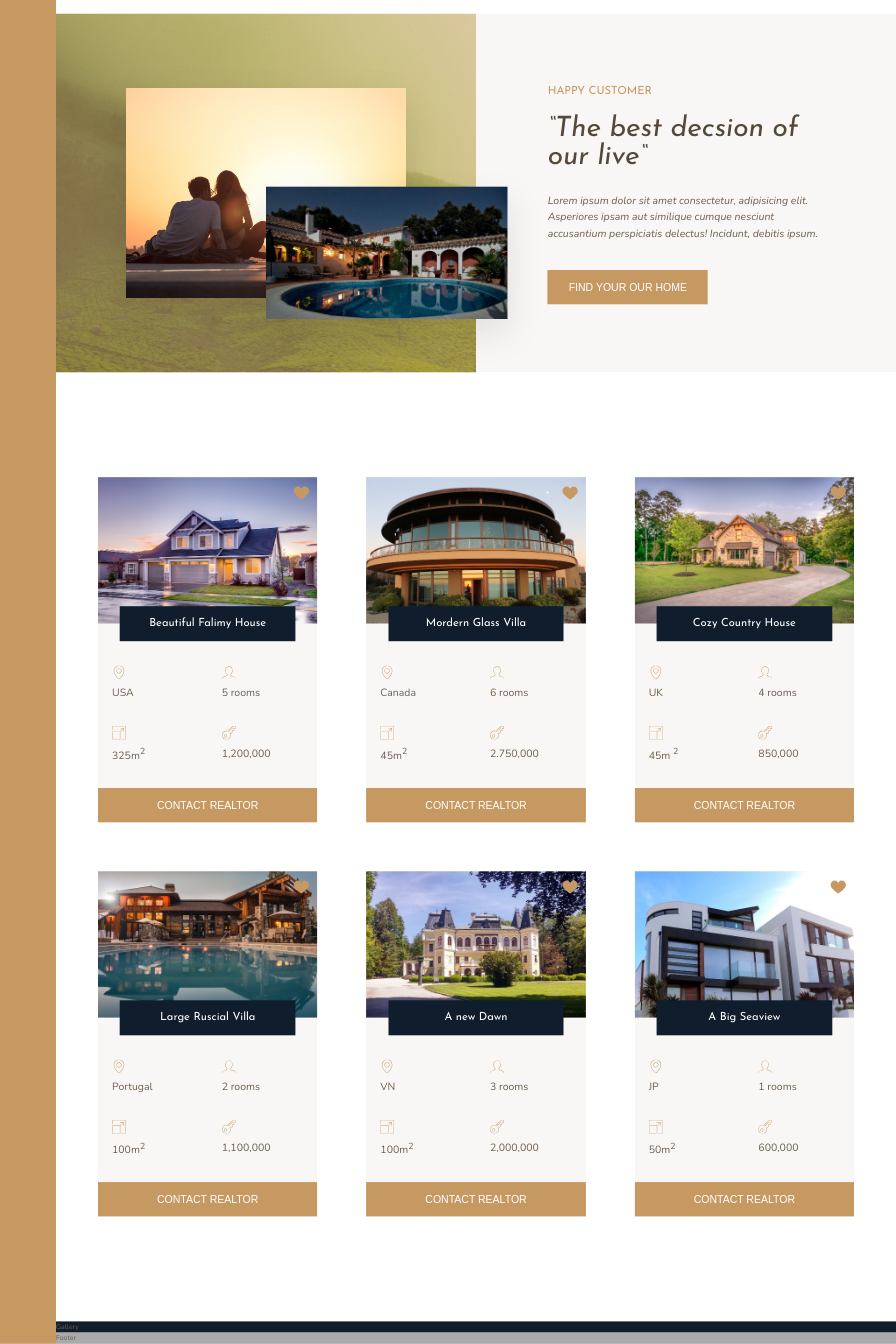
Repository: m2pd/your-home
Page: index.html
An editor plug-in stored every save of this project. The page is shown before and after the next save, followed by the edit.
The browser window is 1280 px wide. The pictures show the part of the page from y = 1224 to 3144 px (the page is 3144 px tall before and 3036 px after), at 70% of full size.
The style sheet was rebuilt from its Sass, Less or Tailwind sources for each picture, by a compiler version that may differ from the author's.

Above is the page before, as saved 2020-03-05 16:25:42.

After the next save:
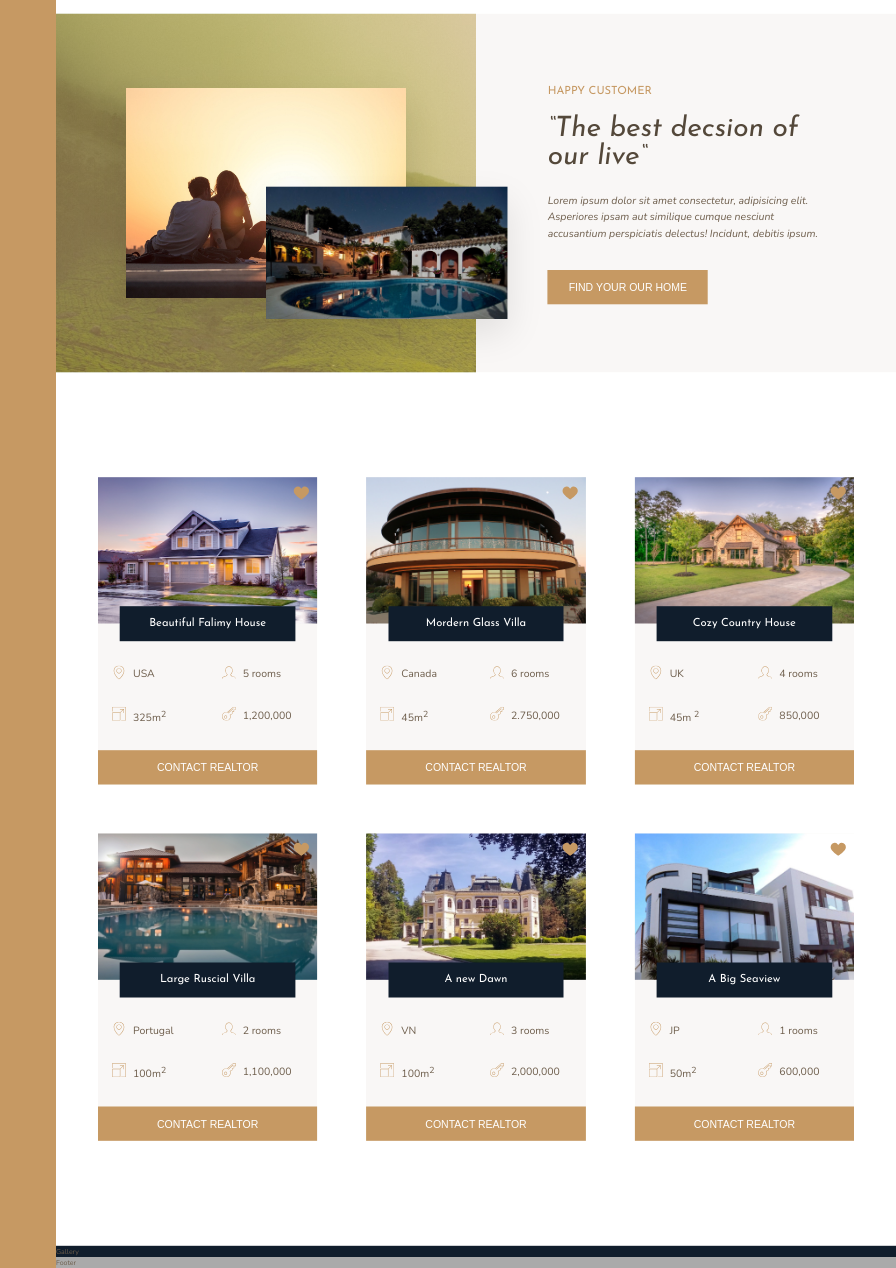
Saved 110 s later.
--- a/sass/_homes.scss
+++ b/sass/_homes.scss
@@ -62,10 +62,13 @@
     &__price{
         font-size: 1.5rem;
         margin-left: 2rem;
+        display: flex;
         svg{
             fill: $color-primary;
             width: 2rem;
             height: 2rem;
+
+            margin-right: 1rem;
         }
     }
 
